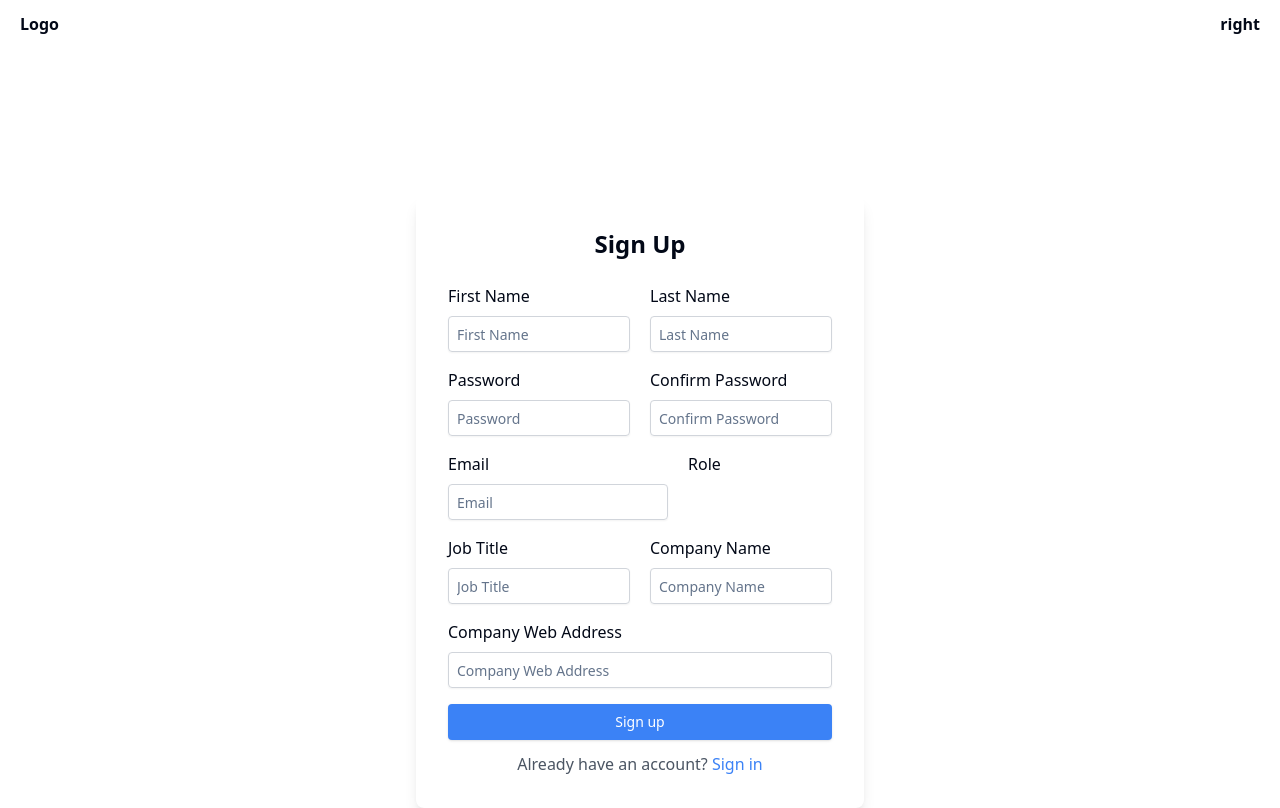
Repository: hisreal123/globalpath_fe
Page: /auth/signup
The author's editor kept a copy of each file at every save. The page is drawn from the files as they stood at one save, then again after the next save.
The browser window is 1280 px wide. The pictures show the whole page.
The project was rebuilt for these pictures with package versions that can differ from the ones it lists, and the page was loaded fresh each time. Also part of the build but not shown: vite.config.ts, src/components/pages/HomeComponent.tsx, src/pages/Home.tsx, src/pages/Error.tsx, src/pages/About.tsx, src/pages/Blog.tsx, src/pages/Find_jobs.tsx, src/components/Header.tsx and 2 more.

Above is the page before, as saved 2024-10-11 16:47:24.

After the next save:
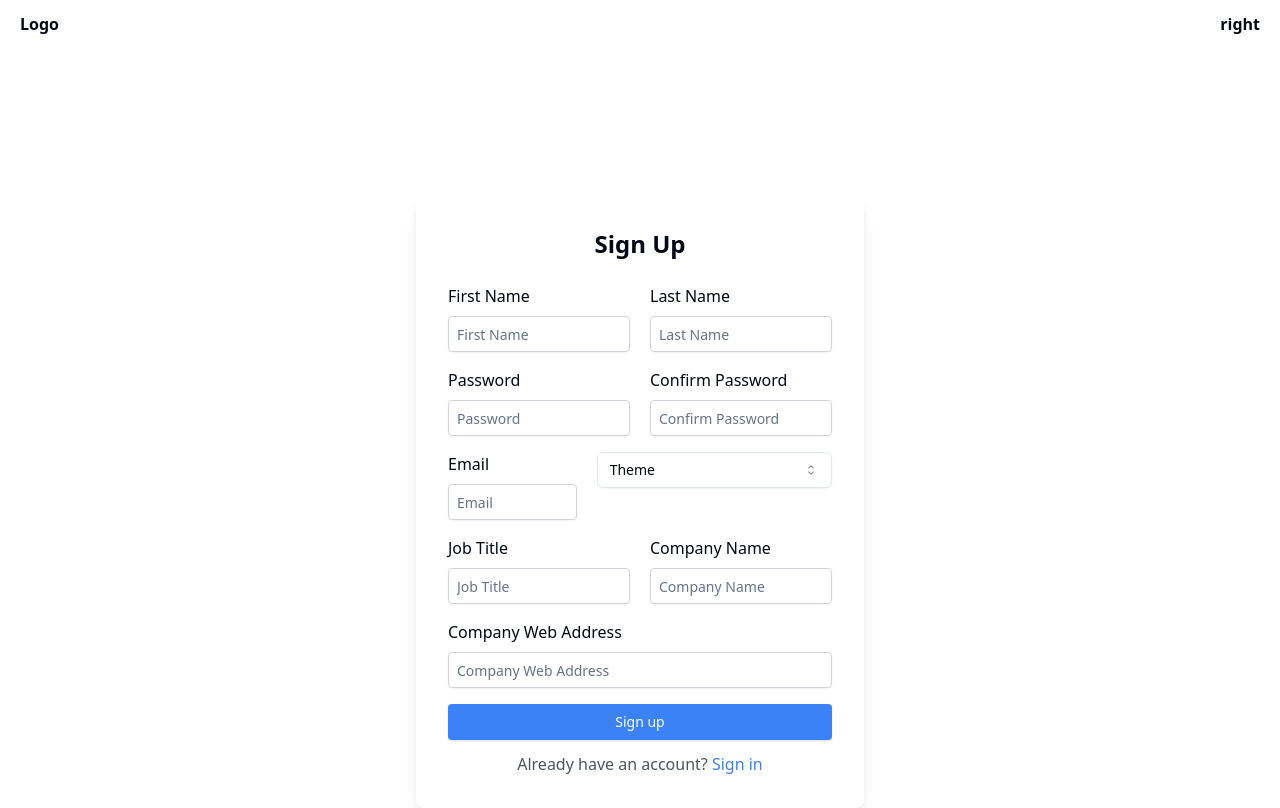
Saved 5 s later.
--- a/src/components/pages/auth/SignupComponent.tsx
+++ b/src/components/pages/auth/SignupComponent.tsx
@@ -174,13 +174,15 @@
                 control={form.control}
                 name="role"
                 render={({ field }) => (
-                  <FormItem>
-                    <FormLabel className="text-md">Role</FormLabel>
-                    <FormControl>
-
-                    </FormControl>
-                    <FormMessage />
-                  </FormItem>
+                  <Select>
+                    <SelectTrigger className="w-full ">
+                      <SelectValue placeholder="Theme" />
+                    </SelectTrigger>
+                    <SelectContent>
+                      <SelectItem value="EMPLOYER">EMPLOYER</SelectItem>
+                      <SelectItem value="JOBSEEKER">JOBSEEKER</SelectItem>
+                    </SelectContent>
+                  </Select>
                 )}
               />
             </div>

After the save that followed:
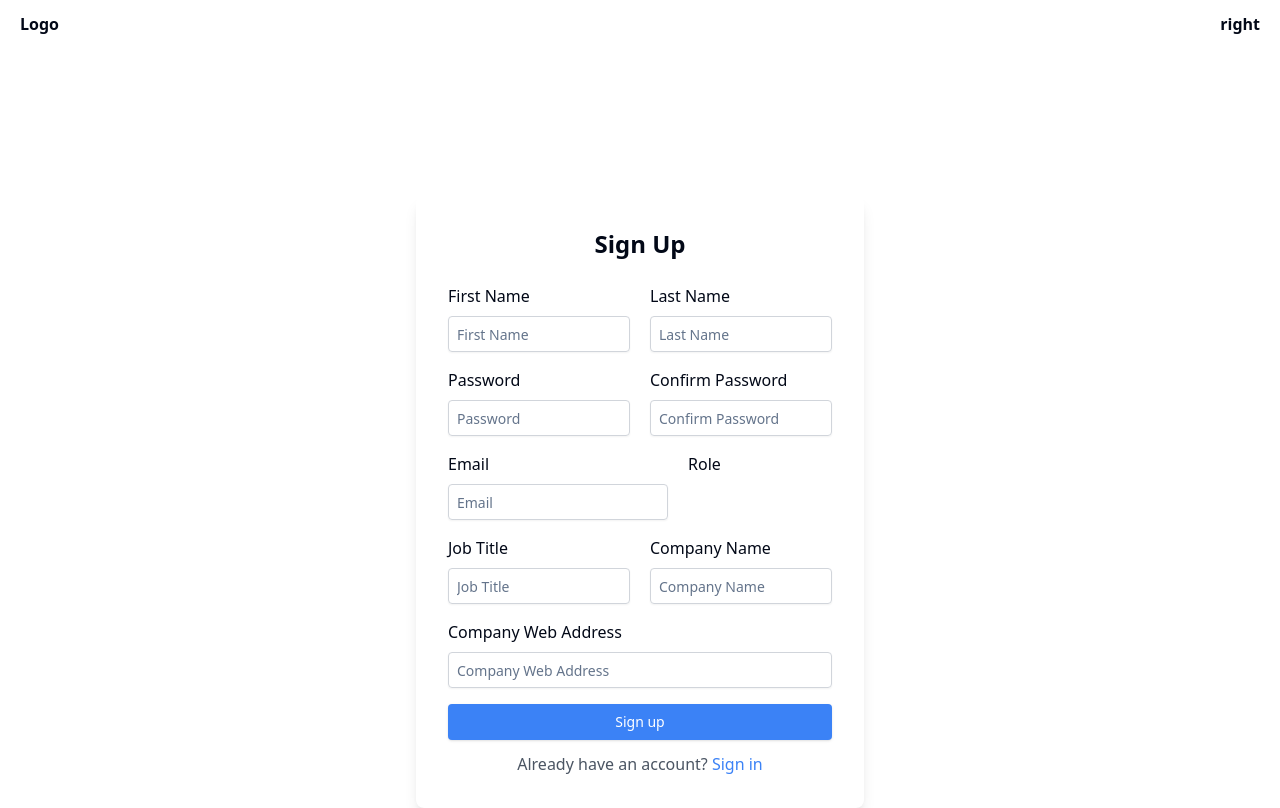
Saved 9 s later.
--- a/src/components/pages/auth/SignupComponent.tsx
+++ b/src/components/pages/auth/SignupComponent.tsx
@@ -174,15 +174,13 @@
                 control={form.control}
                 name="role"
                 render={({ field }) => (
-                  <Select>
-                    <SelectTrigger className="w-full ">
-                      <SelectValue placeholder="Theme" />
-                    </SelectTrigger>
-                    <SelectContent>
-                      <SelectItem value="EMPLOYER">EMPLOYER</SelectItem>
-                      <SelectItem value="JOBSEEKER">JOBSEEKER</SelectItem>
-                    </SelectContent>
-                  </Select>
+                  <FormItem>
+                    <FormLabel className="text-md">Role</FormLabel>
+                    <FormControl>
+
+                    </FormControl>
+                    <FormMessage />
+                  </FormItem>
                 )}
               />
             </div>
